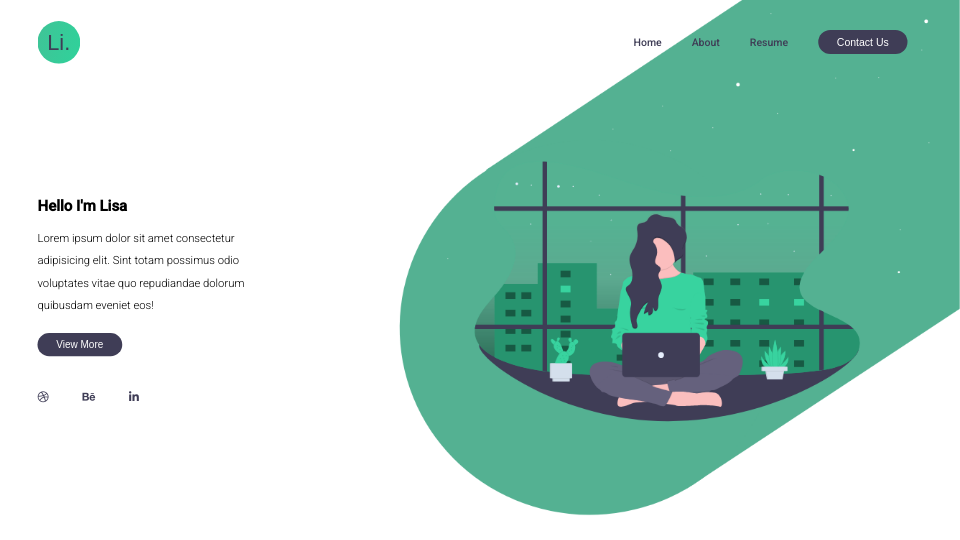
Repository: kebinh1235/porfolio-demo
Page: index.html
An editor plug-in stored every save of this project. The page is shown before and after the next save, followed by the edit.
The browser window is 1280 px wide. The pictures show the whole page, at 75% of full size.
Some web libraries are served in a nearby version.

Above is the page before, as saved 2021-10-20 15:52:56.

After the next save:
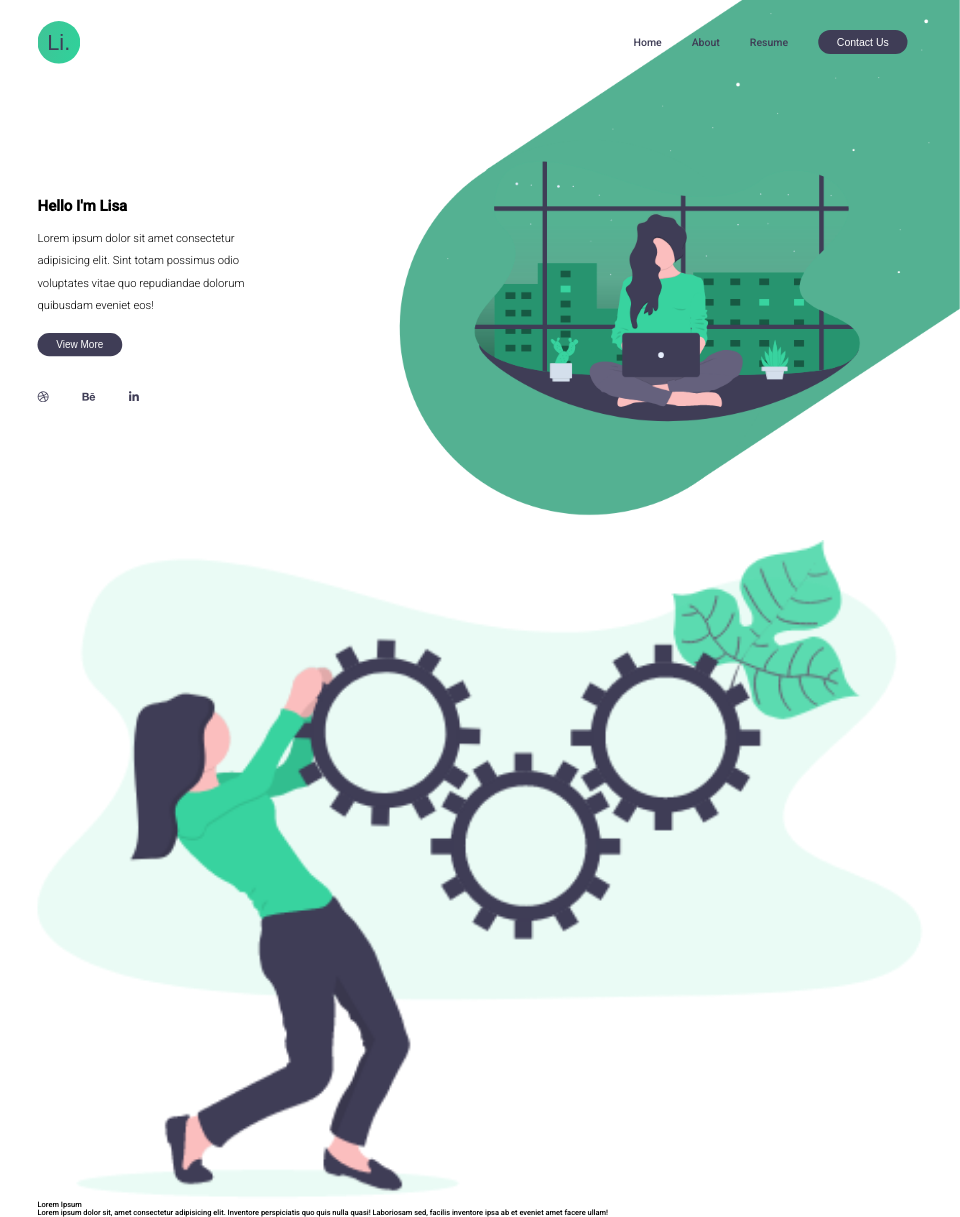
Saved 4 min 13 s later.
--- a/index.html
+++ b/index.html
@@ -53,8 +53,18 @@
     </div>
   </section>
   <!-- thing to do -->
-  <section id="thingtodo">
-
+  <section id="things">
+    <div class="container">
+      <div class="things__item">
+        <!-- img -->
+        <img src="./img/things-item-1.png" alt="Of Women">
+        <!-- heading -->
+        <div class="things__item-heading">
+          <span>Lorem Ipsum</span>
+          <p>Lorem ipsum dolor sit, amet consectetur adipisicing elit. Inventore perspiciatis quo quis nulla quasi! Laboriosam sed, facilis inventore ipsa ab et eveniet amet facere ullam!</p>
+        </div>
+      </div>
+    </div>
   </section>
   <!--Font awesome-->
   <script src="https://kit.fontawesome.com/5d1e581bbe.js" crossorigin="anonymous"></script>
